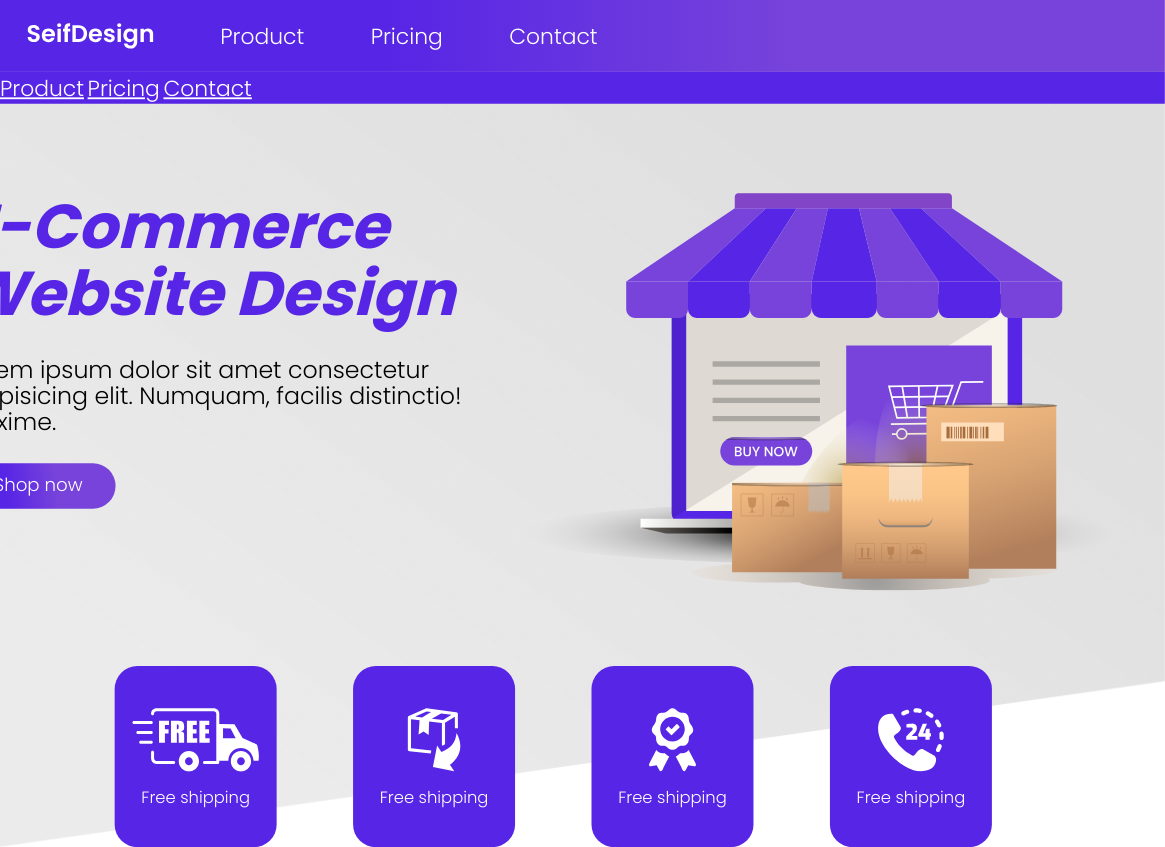
Repository: simralgasimov/newpage
Page: index.html
The author's editor kept a copy of each file at every save. The page is drawn from the files as they stood at one save, then again after a run of saves.
The browser window is 1280 px wide. The pictures show the whole page, at 91% of full size.
The style sheet was rebuilt from its Sass, Less or Tailwind sources for each picture, by a compiler version that may differ from the author's.

Above is the page before, as saved 2023-12-13 15:20:41.
Not found: index.js

After the next 2 saves:
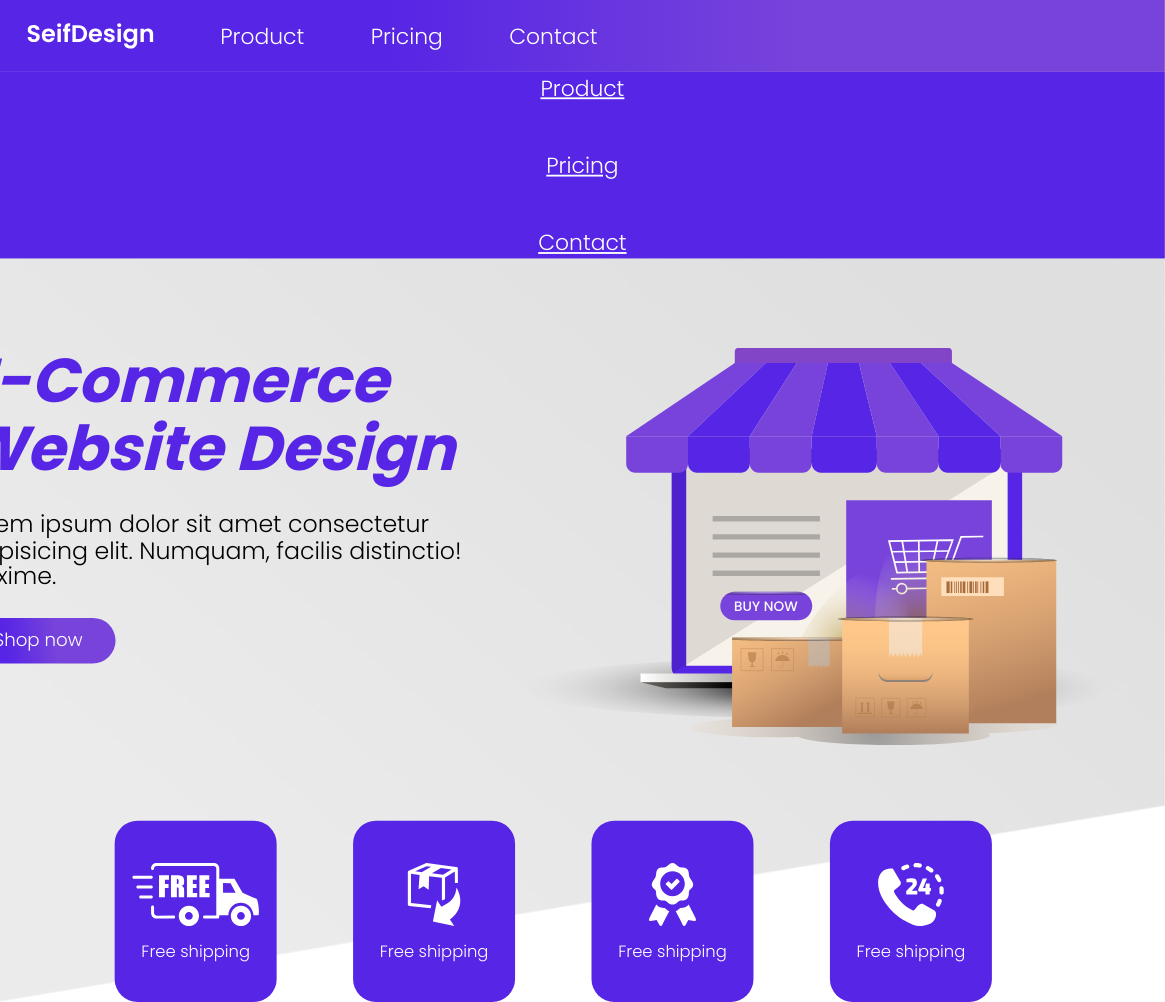
The 2 saves are shown as one change because 1 did not build or start.
The last was saved 19 s later.
--- a/index.scss
+++ b/index.scss
@@ -61,6 +61,9 @@
   }
   .menu-list{
     background-color: #5725e5;
+    display: flex;
+    flex-direction: column;
+    gap: 50px;
     a{
         color: #FFF;
 text-align: center;
